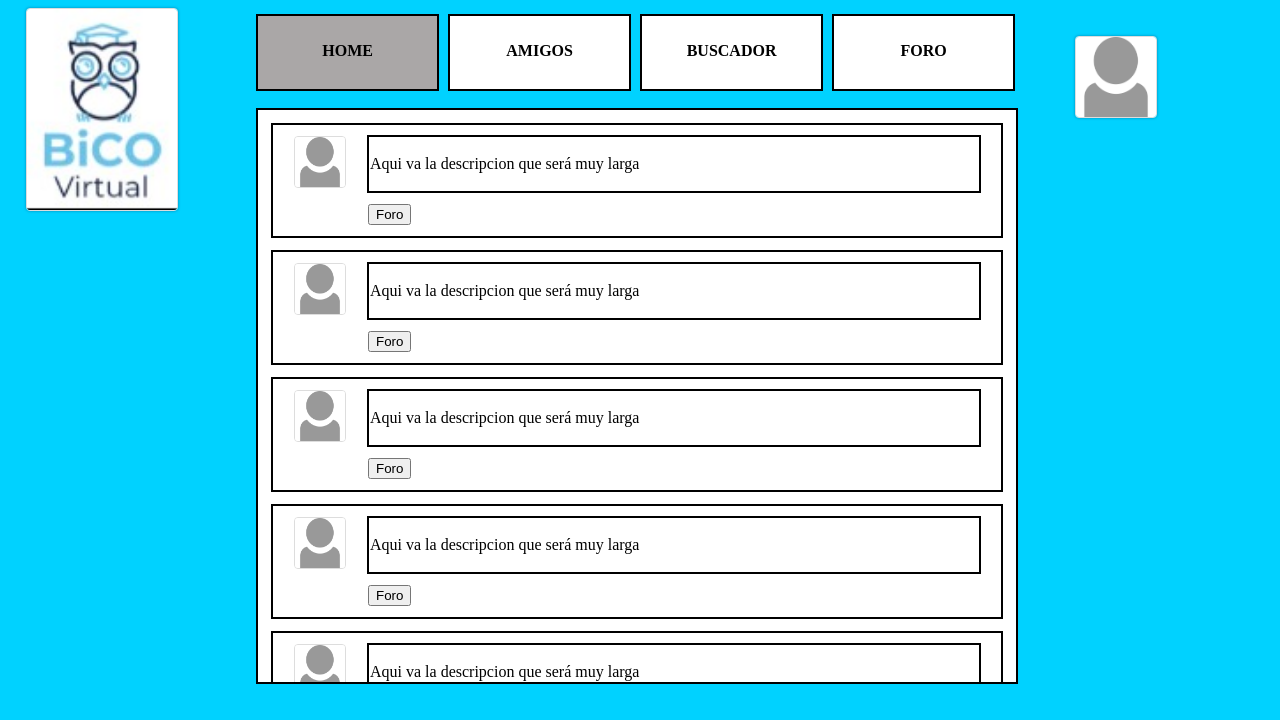
Repository: i72frpeu/IW_Bien
Page: http://localhost/Trabajo_IW/Home (Admin).jsp
An editor plug-in stored every save of this project. The page is shown before and after the next save, followed by the edit.
The browser window is 1280 px wide. The pictures show the whole page.
An inner scrolling area shows only its first screen. The page is served by Tomcat 9. Other server files are loaded and not shown.

Above is the page before, as saved 2020-05-16 17:23:47.

### WorkSpace/Trabajo IW/WebContent/Home (Admin).jsp
<%@ page language="java" contentType="text/html; charset=ISO-8859-1" pageEncoding="ISO-8859-1"%>
<%@ include file="Includes/headerhome.jsp" %>

<!DOCTYPE html>

<html>

<head>
	<meta charset="ISO-8859-1">
	<title>Home (Libros)</title>
	<link rel="stylesheet" type="text/css" href="CSS/header.css">
	<link rel="stylesheet" type="text/css" href="CSS/wf4.0.css">
</head>

<body>
  <!--Roll de artículos-->

  <div class="div_home">
    <table class="dos">
    <% for (int i = 0; i < 8; i++){ %>
        <tr>
          <td>
              <table class="uno">
                  <tr>
                    <td class="td_user_img"><a href="mvc/control/myFriendControl.jsp"><img src="img/profile-42914_960_720.png" alt="IMG_USER" class="img_user_2"></a></td>
                    <td class="td_user_des">Aqui va la descripcion que será muy larga</td>
                  </tr>
                  <tr>
                    <td></td>
                    <td><a href="mvc/control/eventControl.jsp"><button name="foro" class="boton_user">Foro</button></a></td>
                  </tr>
                </table>
          </td>
        </tr>
        <%} %>
    </table>
  </div>

</body>

</html>

### WorkSpace/Trabajo IW/WebContent/Includes/headerhome.jsp
<!DOCTYPE html>
<html>

<head>
	<meta charset="ISO-8859-1">
</head>

<body>
  <header class="main-header">
    <!--Definimos el logo-->
    <img src="img/logo.jpg" alt="LOGO" class="logo_home">
    <!--Enlace a HOME-->
	<a href="mvc/control/homeControl.jsp" class="link_home"><strong>HOME</strong></a>
    <!--Enlace a AMIGOS-->
    <a href="mvc/control/friendsControl.jsp" class="link_amigos"><strong>AMIGOS</strong></a>
    <!--Enlace a BUSCADOR-->
    <a href="mvc/control/lookforControl.jsp" class="link_buscador"><strong>BUSCADOR</strong></a>
    <!--Enlace a FORO-->
    <a href="mvc/control/foroControl.jsp" class="link_foro"><strong>FORO</strong></a>
    <!--Definimos imagen usuario-->
    <div>
      <img src="img/profile-42914_960_720.png" alt="IMG_USER" class="img_user">
      <div class="options_user">
        <form>
        </form>
      </div>
    </div>
  </header>

 </body>
 </html>

### WorkSpace/Trabajo IW/WebContent/CSS/header.css
body
{
	background-color: rgb(0,210,255);
}


/*153x100 pixeles*/
.logo_home
{
	position: fixed;
	left: 2%;
	width: 150px;
	margin-right: 5%;
	border: 1px solid #ddd;
  	border-radius: 4px;
  	box-shadow: 0 0 2px 1px rgba(0, 140, 186, 0.5);
}

.img_user
{
	position: fixed;
	left: 82%;
	top: 5%;
	width: 80px;
	height: 80px;
	margin-left: 2%;
	border: 1px solid #ddd;
  	border-radius: 4px;
  	box-shadow: 0 0 2px 1px rgba(0, 140, 186, 0.5);
}
.options_user
{
	position: fixed;
	top: 18%;
	left: 84%;
}


.link_home
{
	background-color: white;
	border: 2px solid black;
	color: black;
	text-decoration: none;
	padding: 2%;
	left: 20%;
	top:2%;
	width: 10%;
	height: 3%;
	text-align: center;
	position: fixed;
}

.link_amigos
{
	background-color: white;
	border: 2px solid black;
	color: black;
	text-decoration: none;
	padding: 2%;
	left: 35%;
	top:2%;
	width: 10%;
	height: 3%;
	text-align: center;
	position: fixed;
}

.link_buscador
{
	background-color: white;
	border: 2px solid black;
	color: black;
	text-decoration: none;
	padding: 2%;
	left: 50%;
	top:2%;
	width: 10%;
	height: 3%;
	text-align: center;
	position: fixed;
}

.link_foro
{
	background-color: white;
	border: 2px solid black;
	color: black;
	text-decoration: none;
	padding: 2%;
	left: 65%;
	top:2%;
	width: 10%;
	height: 3%;
	text-align: center;
	position: fixed;
}

div.div_lista_amigos
{
	background-color: white;
	border: 2px solid black;
	position: fixed;
	left: 2%;
	top: 40%;
	width: 10%;
	height: 45%;
	padding: 2%;
	overflow: auto;
}

.boton_cir
{
	border-radius: 200px 200px 200px 200px;
	-moz-border-radius: 200px 200px 200px 200px;
	-webkit-border-radius: 200px 200px 200px 200px;
	left: 85%;
	top: 75%;
	width: 100px;
	height: 100px;
	font-size: 80px;
	position: fixed;
	border: 0;
	color: white;
	background-color: rgb(0, 46, 255);
	box-shadow: 0 4px 8px 0 rgba(0, 0, 0, 0.2), 0 6px 20px 0 rgba(0, 0, 0, 0.19);
 }

a.sobre
{
	position: fixed;
	left: 30%;
	top: 96%;
}

a.tecnico
{
	position: fixed;
	left: 60%;
	top: 96%;
}

.div_home
{
	background-color: white;
	border: 2px solid black;
	position: fixed;
	left: 20%;
	right: 20.5%;
	top:15%;
	bottom: 5%;
	color: black;
	overflow: auto;
}

.img_user_2
{
	top: 5px;
	left: 5px;
	height: 50px;
	width: 50px;
	border: 1px solid #ddd;
  	border-radius: 4px;
}
table.uno
{
	border: 2px solid black;
	border-spacing: 20px 10px;

	width: 100%;

}

table.dos
{
	border: 2px solid white;
	border-spacing: 10px;
	width: 100%;

}
.td_user_des
{
	border: 2px solid black;
	width: 100%;
}

.buscador
{
	position: relative;
	top: 2%;
	left: 15%;

}
.q_buscador
{
	width: 60%;
}

### WorkSpace/Trabajo IW/WebContent/CSS/wf4.0.css
.link_home
{
	background-color: rgb(170, 167, 167);
}

After the next save:
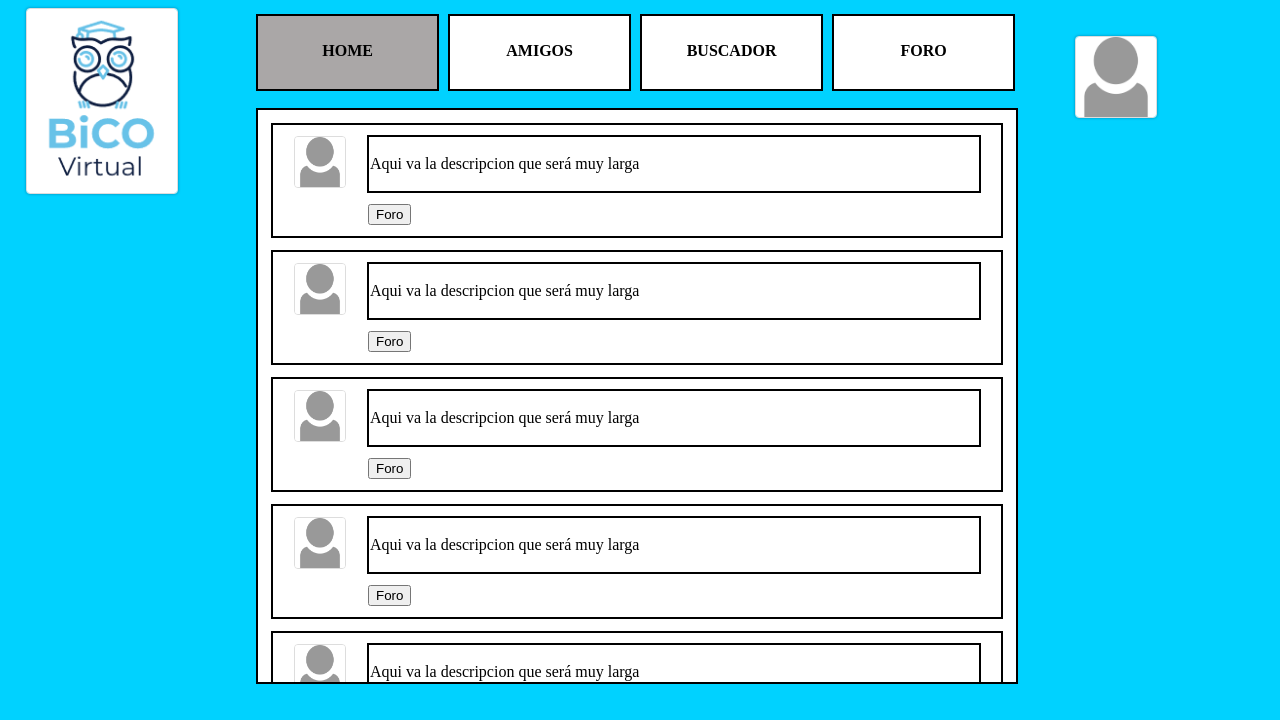
Saved 72 s later.
--- a/WorkSpace/Trabajo IW/WebContent/Includes/headerhome.jsp
+++ b/WorkSpace/Trabajo IW/WebContent/Includes/headerhome.jsp
@@ -8,7 +8,7 @@
 <body>
   <header class="main-header">
     <!--Definimos el logo-->
-    <img src="img/logo.jpg" alt="LOGO" class="logo_home">
+    <img src="img/logo.PNG" alt="LOGO" class="logo_home">
     <!--Enlace a HOME-->
 	<a href="mvc/control/homeControl.jsp" class="link_home"><strong>HOME</strong></a>
     <!--Enlace a AMIGOS-->
